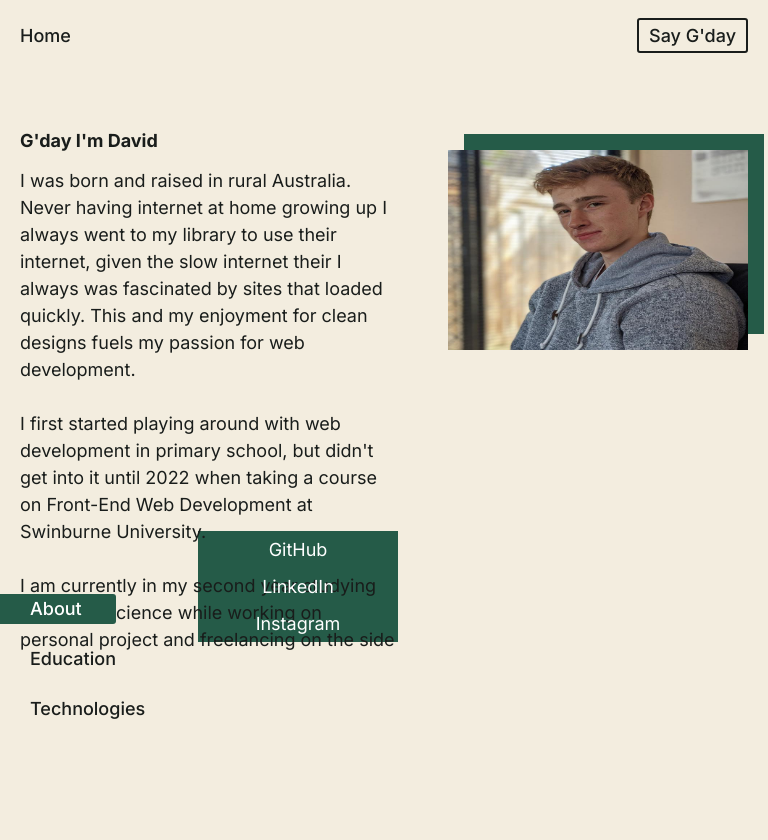
Repository: David-Waite/David-Waite-Portfolio
Page: /about
An editor plug-in stored every save of this project. The page is shown before and after the next save, followed by the edit.
The browser window is 768 px wide. The pictures show the whole page.
The project was rebuilt for these pictures with package versions that can differ from the ones it lists, and the page was loaded fresh each time. The framework's server and built-in components were replaced by stand-ins that run in the browser. Also part of the build but not shown: next.config.js.

Above is the page before, as saved 2023-07-27 12:21:53.

After the next save:
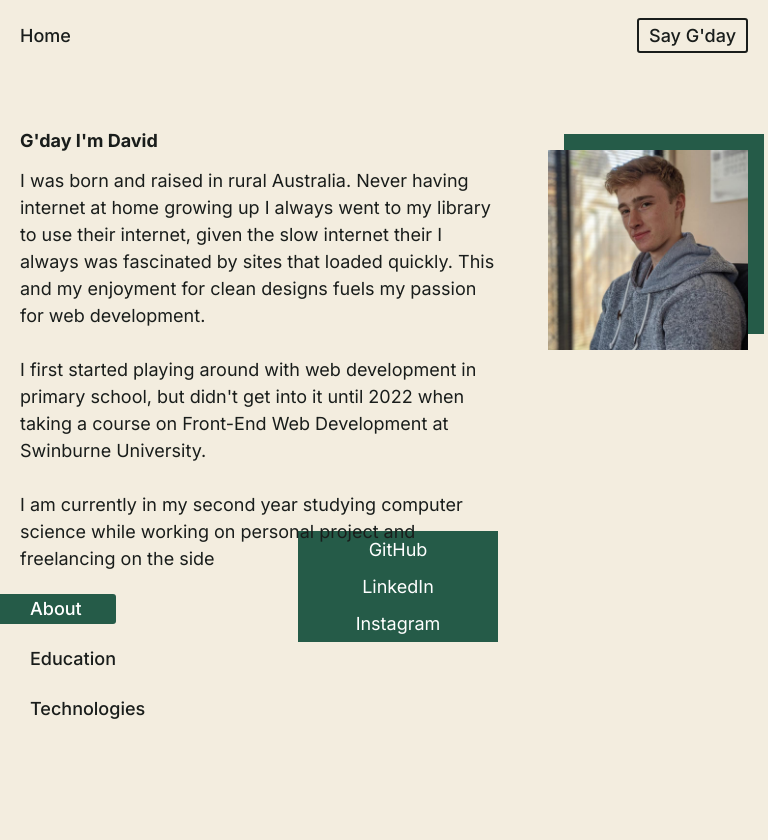
Saved 9 s later.
--- a/app/about/page.module.css
+++ b/app/about/page.module.css
@@ -171,7 +171,7 @@
   .imageContainer {
     width: 200px;
     height: 200px;
-    max-width: 200px;
+    min-width: 200px;
   }
 }
 @media (max-width: 425px) {
